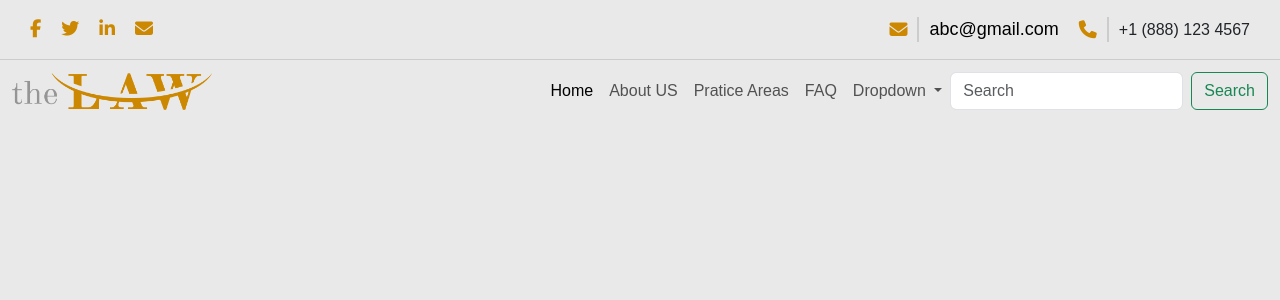
Repository: arehmanraza/lawyer_website
Page: Pages/index.html
The author's editor kept a copy of each file at every save. The page is drawn from the files as they stood at one save, then again after a run of saves.
The browser window is 1280 px wide. The pictures show the whole page.
Some web libraries are served in a nearby version.

Above is the page before, as saved 2024-05-22 01:44:18.

After the next 2 saves:
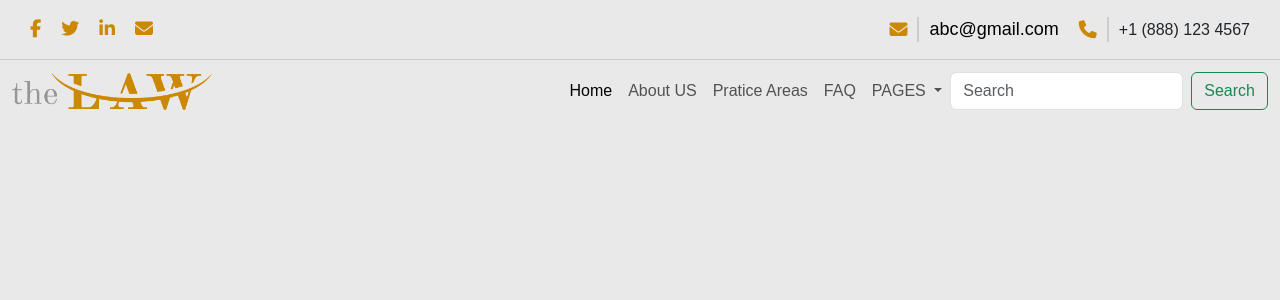
The 2 saves are shown as one change because they came seconds apart.
The last was saved 6 s later.
--- a/Pages/index.html
+++ b/Pages/index.html
@@ -100,7 +100,7 @@
 
               <li class="nav-item dropdown">
                 <a class="nav-link dropdown-toggle" href="#" role="button" data-bs-toggle="dropdown" aria-expanded="false">
-                  Dropdown
+                  PAGES
                 </a>
                 <ul class="dropdown-menu">
                   <li><a class="dropdown-item" href="#">Action</a></li>
